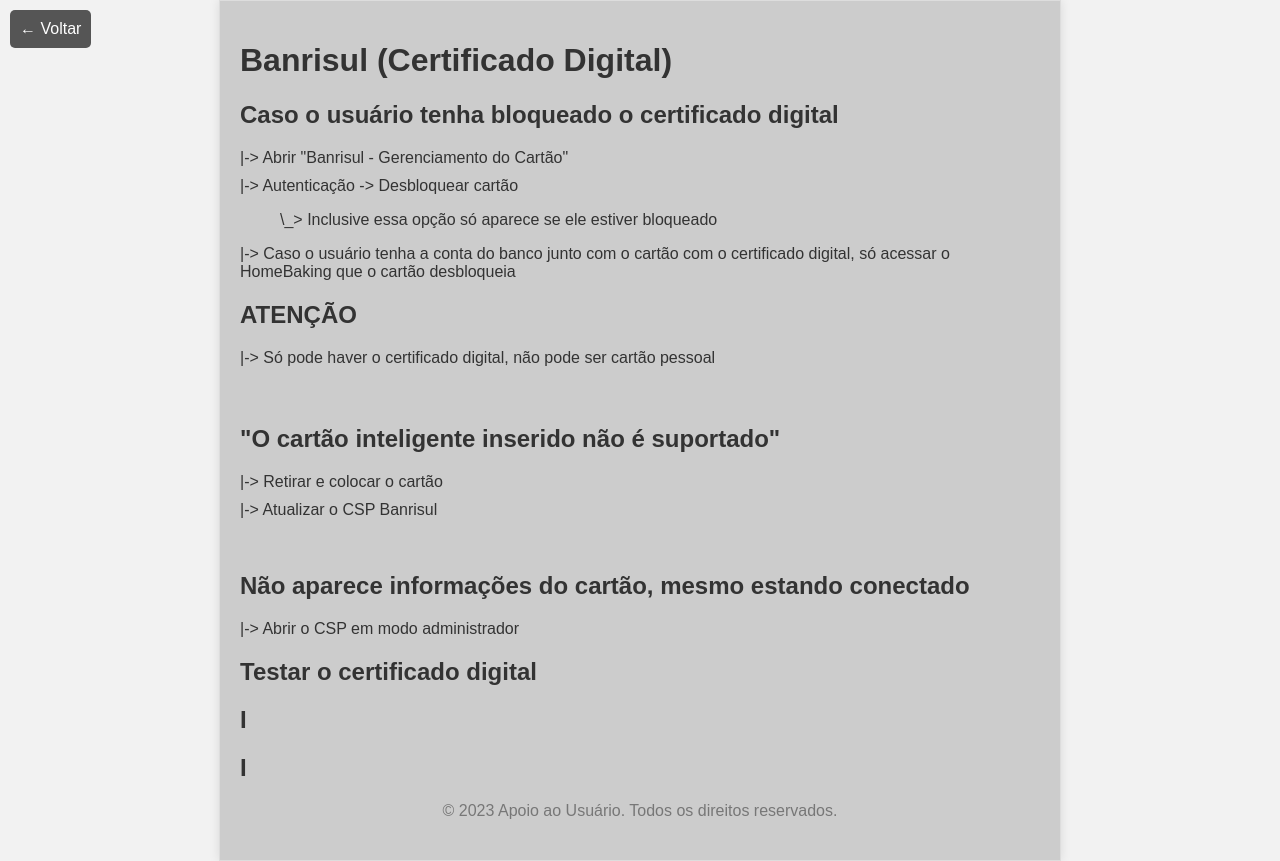
Repository: I4guito/dicasdez
Page: Dicas site/Dicas/banricert.html
An editor plug-in stored every save of this project. The page is shown before and after a run of saves, followed by the edit.
The browser window is 1280 px wide. The pictures show the whole page.

Above is the page before, as saved 2023-12-06 12:26:10.

### Dicas site/Dicas/banricert.html
<!DOCTYPE html>
<html lang="pt-br">
<head>
    <meta charset="UTF-8">
    <meta name="viewport" content="width=device-width, initial-scale=1.0">
    <link rel="stylesheet" href="padrao.css">
    <script src="/Dicas site/script.js"></script>
    <title>Banrisul (Certificado Digital) - Dicas 10</title>
</head>
<body>
    <div class="container">
        <header>
        <a href="javascript:history.back()" class="voltar-btn">&#8592; Voltar</a>
            <h1>Banrisul (Certificado Digital)</h1>
        </header>
        <section>
            <h2>Caso o usuário tenha bloqueado o certificado digital</h2>
            <ul>
                <li>|-> Abrir "Banrisul - Gerenciamento do Cartão"</li>
                <li>|-> Autenticação -> Desbloquear cartão
                    <blockquote>\_> Inclusive essa opção só aparece se ele estiver bloqueado</blockquote>
                </li>
                <li>|-> Caso o usuário tenha a conta do banco junto com o cartão com o certificado digital, só acessar o HomeBaking que o cartão desbloqueia</li>

            </ul>
        </section>

        <section>
            <h2>ATENÇÃO</h2>
            <ul>
                <li>|-> Só pode haver o certificado digital, não pode ser cartão pessoal</li>

            </ul>
        </section><br>

        <section>
            <h2>"O cartão inteligente inserido não é suportado"</h2>
            <ul>
                <li>|-> Retirar e colocar o cartão</li>
                <li>|-> Atualizar o CSP Banrisul</li>
            </ul>

            <section><br>

                <h2>Não aparece informações do cartão, mesmo estando conectado</h2>
                <ul>
                    <li>|-> Abrir o CSP em modo administrador</li>
                </ul>

                <section>
                    <h2>Testar o certificado digital</h2>
                    <ul>
                        <a href="|-> https://sistemas.mp.rs.gov.br/cert-client/"></a>
                        <li></li>
                    </ul>

                    <section>
                        <h2>I</h2>
                        <ul>
                            <li></li>
                            <li></li>
                        </ul>

                        <section>
                            <h2>I</h2>
                            <ul>
                                <li></li>
                                <li></li>
                            </ul>
        </section>
        <footer>
            <p>&copy; 2023 Apoio ao Usuário. Todos os direitos reservados.</p>
        </footer>
    </div>
</body>
</html>

### Dicas site/Dicas/padrao.css
body {
    font-family: 'Arial', sans-serif;
    margin: 0;
    padding: 0;
    background-color: #f2f2f2;
    color:#fff
}

.container {
    max-width: 800px;
    margin: 0 auto;
    background-color: #ccc;
    padding: 20px;
    box-shadow: 0 0 10px rgba(0, 0, 0, 0.1);
    border: 1px solid #ddd;
    color: #333;
}

header, section, footer {
    margin-bottom: 20px;
}

header h1, section h2 {
    color: #333;
}

ul {
    list-style: none;
    padding: 0;
}

li {
    margin-bottom: 10px;
}

footer {
    text-align: center;
    color: #777;
}

.voltar-btn {
    position: absolute;
    left: 10px;
    top: 10px;
    text-decoration: none;
    color: #fff;
    font-size: 16px;
    padding: 10px;
    background-color: #555;
    border: none;
    border-radius: 5px;
    cursor: pointer;
    transition: background-color 0.3s;
}

.voltar-btn:hover {
    background-color: #777;
}

img {

    margin-inline: 5cm;
    max-width: 100%;
    border-radius: 3%;
}

.link-instrucoes {
    font-family:cursive;
    width: 50px;
    left: 10px;
    text-decoration: none;
    color: #fff;
    font-size: 25px;
    padding: 3px;
    background-color: #555;
    border: none;
    border-radius: 10px;
    cursor: pointer;
    transition:  background-color 0.3s;
}

.link-instrucoes:hover {
    background-color:#777
}

.step {
    max-width: 800px;
    margin: 0 auto;
    background-color: #333;
    padding: 20px;
    box-shadow: 0 0 10px rgba(0, 0, 0, 0.1);
    border: 1px solid #ddd;
    color: #333;
    margin-bottom: 40px;
    padding: 20px;
    border-radius: 8px;
    box-shadow: 0 4px 8px rgba(0, 0, 0, 0.1);
}



.container img {
    display: block;
    max-width: 35%;
    height: auto;
    display: block;
    margin: 20px auto;
    border-radius: 8px;
    box-shadow: 0 4px 8px rgba(0, 0, 0, 0.1);


}

.image-zoom input[type="checkbox"] {
    display: none;
}

.image-zoom img {
    max-width: 100%;
    height: auto;
    cursor: pointer;
    transition: transform 0.3s ease-in-out;
}

.image-zoom input[type="checkbox"]:checked + img {
    transform: scale(1.5);
}

### Dicas site/script.js
function filterItems() {
    var searchBar = document.getElementById('searchBar');
    var filter = searchBar.value.toUpperCase();

    var columns = document.getElementsByClassName('column');
    for (var i = 0; i < columns.length; i++) {
        var boxes = columns[i].getElementsByClassName('box');
        for (var j = 0; j < boxes.length; j++) {
            var item = boxes[j];
            var textValue = item.textContent || item.innerText;
            if (textValue.toUpperCase().indexOf(filter) > -1) {
                item.style.display = "";
            } else {
                item.style.display = "none";
            }
        }
    }
}

function openPage(pageName) {
    window.location.href = pageName + '.html';
}

const isOpera = navigator.userAgent.indexOf("OPR") > -1;

if (isOpera) {
    document.addEventListener("DOMContentLoaded", function () {
        const containers = document.querySelectorAll(".container");
        containers.forEach(function (container) {
            container.style.backgroundColor = "#005c4b";
            container.style.color = "#333";
        });
    });
}

After the next 4 saves:
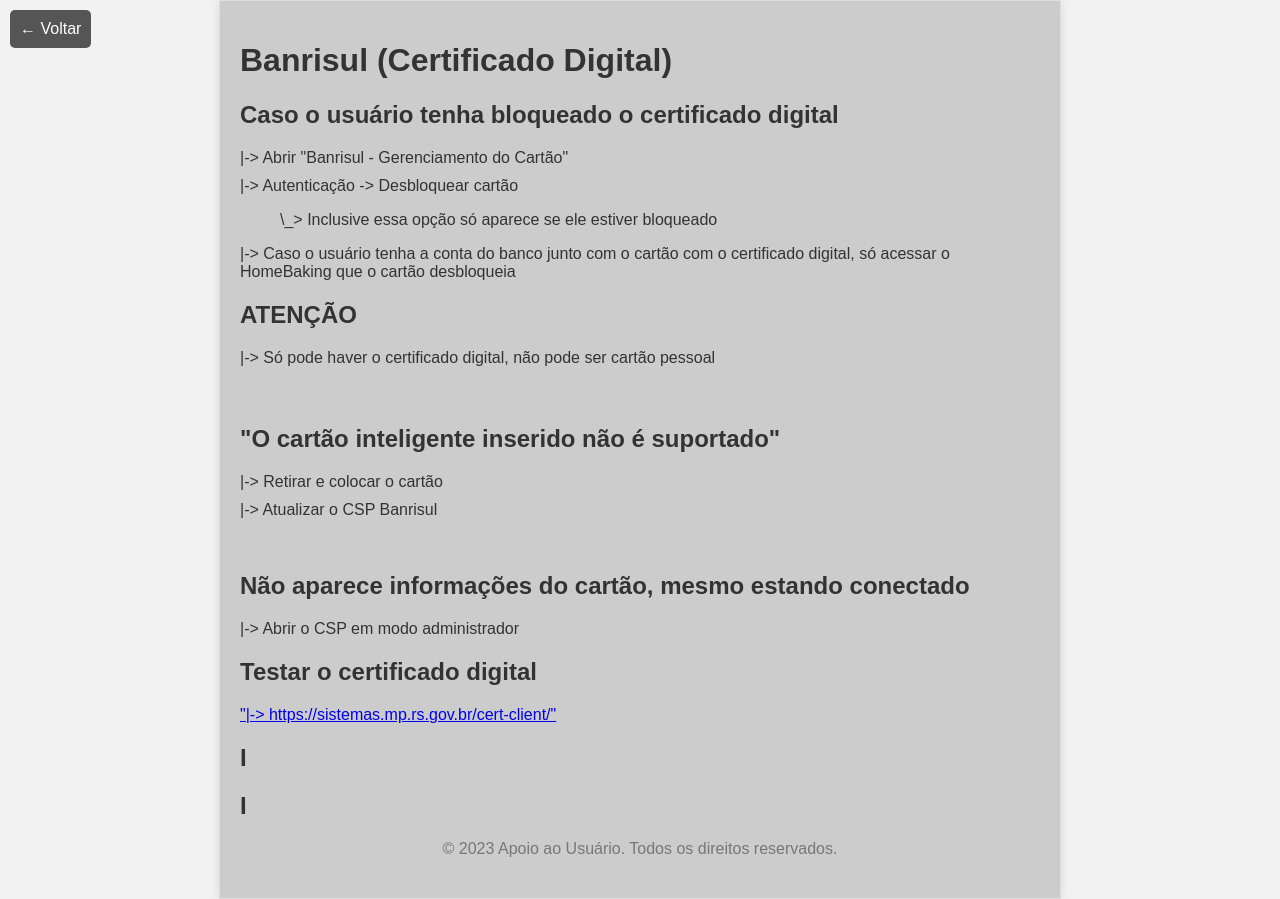
The 4 saves are shown as one change because they came seconds apart.
The last was saved 11 s later.
--- a/Dicas site/Dicas/banricert.html
+++ b/Dicas site/Dicas/banricert.html
@@ -50,7 +50,7 @@
                 <section>
                     <h2>Testar o certificado digital</h2>
                     <ul>
-                        <a href="|-> https://sistemas.mp.rs.gov.br/cert-client/"></a>
+                        <a href="|-> https://sistemas.mp.rs.gov.br/cert-client/"> "|-> https://sistemas.mp.rs.gov.br/cert-client/"</a>
                         <li></li>
                     </ul>
 
